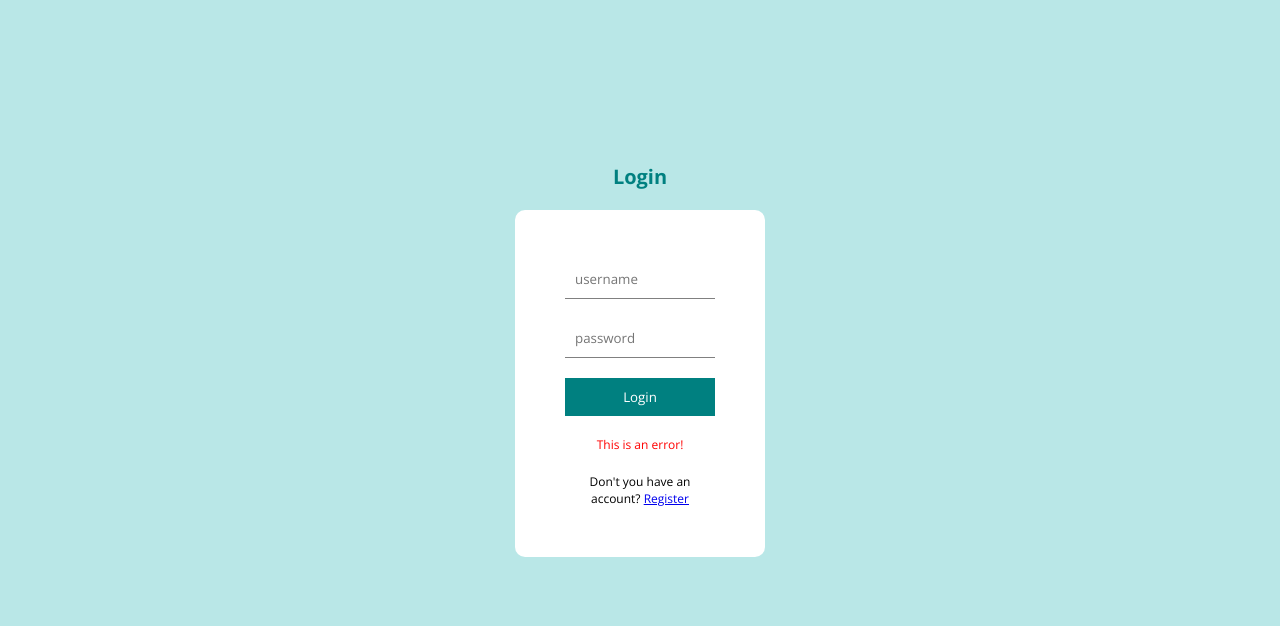
Repository: juansesu3/Blog-Full-Stack
Page: /login (app in client/blog/)
These files come from the project's save history. The page is drawn as it stood at one moment and after the next save; the edit follows.
The browser window is 1280 px wide. The pictures show the whole page.
The project was rebuilt for these pictures with package versions that can differ from the ones it lists, and the page was loaded fresh each time. Also part of the build but not shown: client/blog/vite.config.js, client/blog/src/pages/Register.jsx, client/blog/src/pages/Single.jsx, client/blog/src/pages/Write.jsx, client/blog/src/pages/Home.jsx, client/blog/src/components/Navbar.jsx, client/blog/src/components/Footer.jsx.

Above is the page before, as saved 2023-04-18 13:57:40.

### client/blog/index.html
<!DOCTYPE html>
<html lang="en">

<head>
  <meta charset="UTF-8" />
  <link rel="icon" type="image/svg+xml" href="/vite.svg" />
  <link href="https://fonts.googleapis.com/css2?family=Open+Sans:wght@300;400;500;600;700;800&display=swap"
    rel="stylesheet" />
  <meta name="viewport" content="width=device-width, initial-scale=1.0" />
  <title>Blog</title>

</head>

<body>
  <div id="root"></div>
  <script type="module" src="/src/main.jsx"></script>
</body>

</html>

### client/blog/src/App.jsx
import {
  createBrowserRouter,
  Outlet,
  RouterProvider,
} from "react-router-dom";
import Register from "./pages/Register";
import Login from "./pages/Login";
import Single from "./pages/Single";
import Write from "./pages/Write";
import Home from "./pages/Home"
import Navbar from "./components/Navbar"
import Footer from "./components/Footer"
import "./style.scss"

const Layout = () => {

  return(
    <>
    <Navbar/>
    <Outlet/>
    <Footer/>
    </>
  )
}

const router = createBrowserRouter([
  {
    path: "/",
    element:<Layout/>,
    children:[
      {
        path:"/",
        element:<Home/>
      },
      {
        path:"/post/:id",
        element:<Single/>
      },
      {
        path:"/write",
        element:<Write/>
      }
    ]
  },
  {
    path: "/register",
    element: <Register />,
  },
  {
    path: "/login",
    element: <Login />,
  }
]);

function App() {
  return (
    <div className="app">
      <div className="container">
      <RouterProvider router={router} />
      </div>
    </div>
  )
}



export default App

### client/blog/src/pages/Login.jsx
import React from 'react'
import { Link } from 'react-router-dom'

const Login = () => {
  return (
    <div className='auth'>
      <h1>Login</h1>
      <form>
        <input required  type="text" placeholder='username' />
        <input required  type="password" placeholder='password' />
        <button>Login</button>
        <p>This is an error!</p>
        <span>Don't you have an account? <Link to="/register">Register</Link>
        </span>
      </form>
      </div>
  )
}

export default Login

### client/blog/src/style.scss
* {
    box-sizing: border-box;
    font-family: "Open Sans", sans-serif;
    margin: 0;
    box-sizing: border-box;
  }

$lightGreen: #b9e7e7;
.app{
    .container{
        //LOGIN & REGISTER
        .auth{
            display: flex;
            flex-direction: column;
            align-items: center;
            justify-content: center;
            height: 100vh;
            background-color: $lightGreen;
        }
        h1{
            font-size: 20px;
            color:teal;
            margin-bottom: 20px;
        }
        form{
            display: flex;
            flex-direction: column;
            padding: 50px;
            background-color: white;
            width: 250px;
            gap: 20px;
            border-radius: 10px;
        }
        input{
            padding: 10px;
            border: none;
            border-bottom: 1px solid gray ;
        }
        button{
            padding: 10px;
            border: none;
            background-color: teal;
            color: white;
            cursor: pointer;
        }
        p{
            font-size: 12px;
            color: red;
            text-align: center;
        }
        span{
            font-size: 12px;
            text-align: center;

        }

    }
}

Loaded but not shown: client/blog/src/main.jsx (common file)

After the next save:
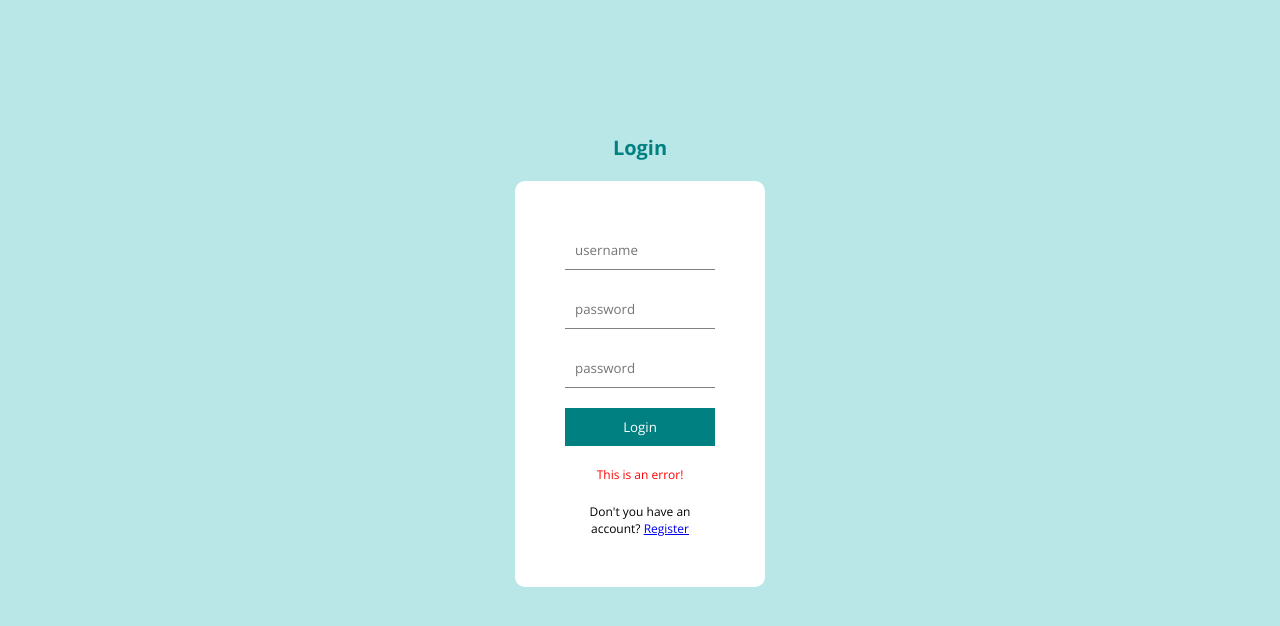
Saved 60 s later.
--- a/client/blog/src/pages/Login.jsx
+++ b/client/blog/src/pages/Login.jsx
@@ -7,6 +7,7 @@ const Login = () => {
       <h1>Login</h1>
       <form>
         <input required  type="text" placeholder='username' />
+        <input required  type="password" placeholder='password' />
         <input required  type="password" placeholder='password' />
         <button>Login</button>
         <p>This is an error!</p>
